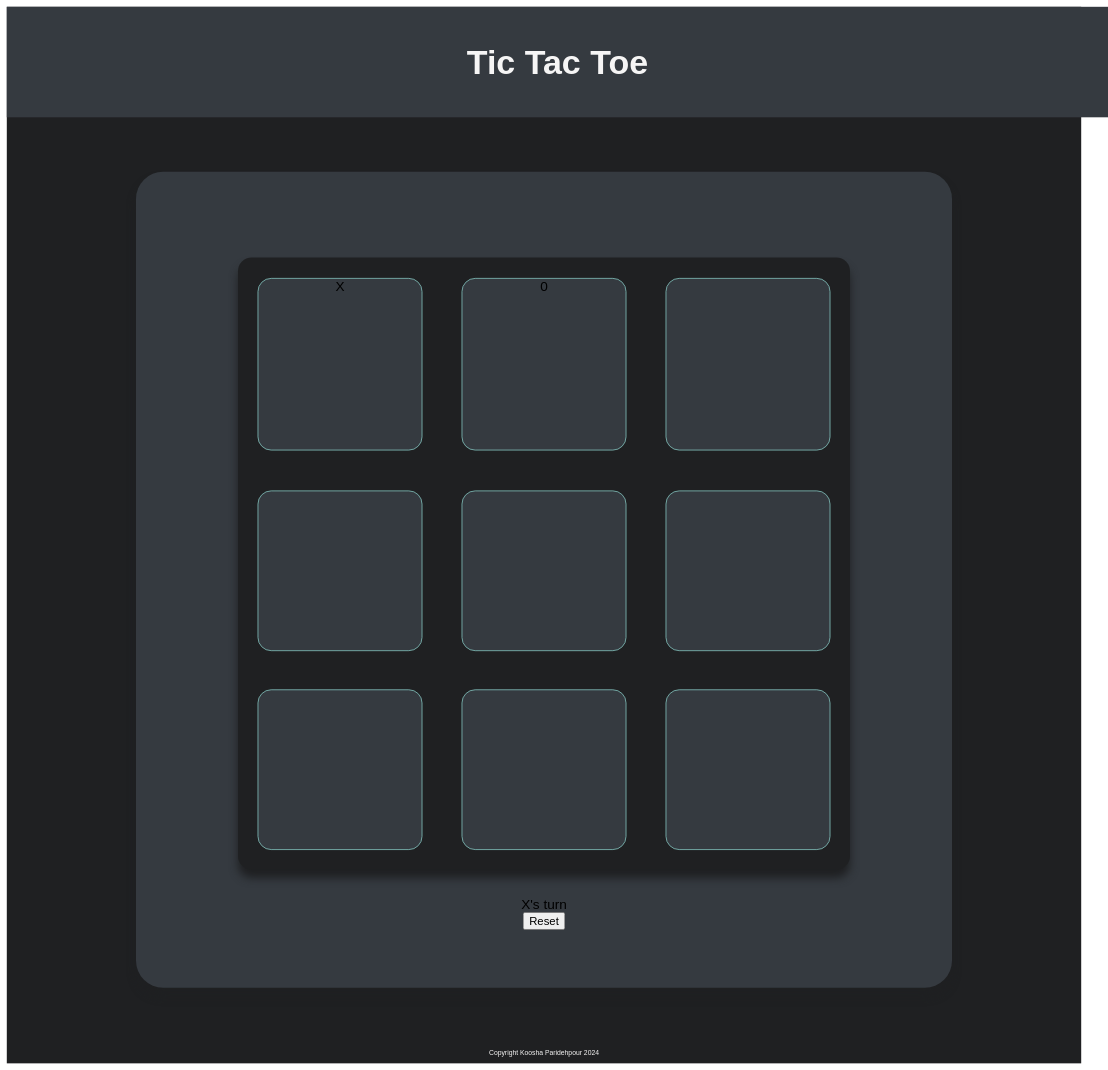
Repository: KooshaPari/odin-TTT
Page: index.html
These files come from the project's save history. The page is drawn as it stood at one moment and after the next save; the edit follows.
The browser window is 1280 px wide. The page is 1304 px wide, so the pictures cover 1304 px, including what lies to the right of the window. The pictures show the whole page, at 85% of full size.

Above is the page before, as saved 2024-03-14 22:56:57.

### index.html
<!doctype html>
<html lang="en">
  <head>
    <meta charset="UTF-8" />

    <link rel="stylesheet" href="./style.css" />
    <meta name="viewport" content="width=device-width, initial-scale=1.0" />
    <title>Document</title>
  </head>
  <body>
    <div id="parent">
      <div id="header">
        <h1>Tic Tac Toe</h1>
      </div>
      <div id="body">
        <div id="game">
          <div id="board">
            <div class="square" id="0">X</div>
            <div class="square" id="1">0</div>
            <div class="square" id="2"></div>
            <div class="square" id="3"></div>
            <div class="square" id="4"></div>
            <div class="square" id="5"></div>
            <div class="square" id="6"></div>
            <div class="square" id="7"></div>
            <div class="square" id="8"></div>
          </div>
          <div id="status">X's turn</div>
          <button id="reset">Reset</button>
        </div>
      </div>
      <div id="footer">
        <p>Copyright Koosha Paridehpour 2024</p>
      </div>
    </div>
  </body>
</html>

### style.css
* {
  font-family: sans-serif;
}
#parent {
  background-color: #1f2022;
  width: 100%;
  height: 100%;
}
#header {
  background-color: #353a40;
  padding: 1.25%;
  width: 100%;
  height: 100%;
}
#header h1 {
  color: #f6f5f5;

  font-size: 2.5em;
}
#footer p {
  color: #f6f5f5;
  font-size: 0.5em;
}

#header,
#footer,
#body {
  display: flex;
  align-items: center;
  justify-content: center;
}
#title {
  color: #f6f5f5;
}
#body {
  flex-direction: column;
}
#game {
  transition: 2.5s ease-in-out;
  display: flex;
  flex-direction: column;
  justify-content: center;
  align-items: center;
  background-color: #353a40;
  border-radius: 2em;
  margin: 5vw;
  box-shadow: 0px 10px 10px #1f2022;
  width: 75vw;
  height: 75vw;
  -webkit-border-radius: 2em;
  -moz-border-radius: 2em;
  -ms-border-radius: 2em;
  -o-border-radius: 2em;
  -webkit-transition: 2.5s ease-in-out;
  -moz-transition: 2.5s ease-in-out;
  -ms-transition: 2.5s ease-in-out;
  -o-transition: 2.5s ease-in-out;
}
#board {
  display: grid;
  grid-template-columns: 1fr 1fr 1fr;
  width: 75%;
  transition: 1s ease-in-out;
  height: 75%;
  background-color: #1f2022;
  border-radius: 1em;
  margin: 2em;

  align-items: center;
  justify-content: center;
  box-shadow: 0px 10px 10px #1f2022;
  -webkit-border-radius: 1em;
  -moz-border-radius: 1em;
  -ms-border-radius: 1em;
  -o-border-radius: 1em;
  -webkit-transition: 1s ease-in-out;
  -moz-transition: 1s ease-in-out;
  -ms-transition: 1s ease-in-out;
  -o-transition: 1s ease-in-out;
}
#board:hover {
  transform: scale(1.025) translate(0, -1em);
  transition: 0.5s ease-in-out;
  -webkit-transform: scale(1.025) translate(0, -1em);
  -moz-transform: scale(1.025) translate(0, -1em);
  -ms-transform: scale(1.025) translate(0, -1em);
  -o-transform: scale(1.025) translate(0, -1em);
  -webkit-transition: 0.5s ease-in-out;
  -moz-transition: 0.5s ease-in-out;
  -ms-transition: 0.5s ease-in-out;
  -o-transition: 0.5s ease-in-out;
}
#game:hover {
  transform: scale(1.05) translate(0, -0.5em);
  transition: 10s ease-in-out;
  -webkit-transform: scale(1.05) translate(0, -0.5em);
  -moz-transform: scale(1.05) translate(0, -0.5em);
  -ms-transform: scale(1.05) translate(0, -0.5em);
  -o-transform: scale(1.05) translate(0, -0.5em);
  -webkit-transition: 10s ease-in-out;
  -moz-transition: 10s ease-in-out;
  -ms-transition: 10s ease-in-out;
  -o-transition: 10s ease-in-out;
}
.square {
  justify-self: center;
  border: 0.1px solid #7ebab5;
  width: 80%;
  border-radius: 1em;
  height: 80%;
  background-color: #353a40;
  text-align: center;
}
.square p {
}

After the next save:
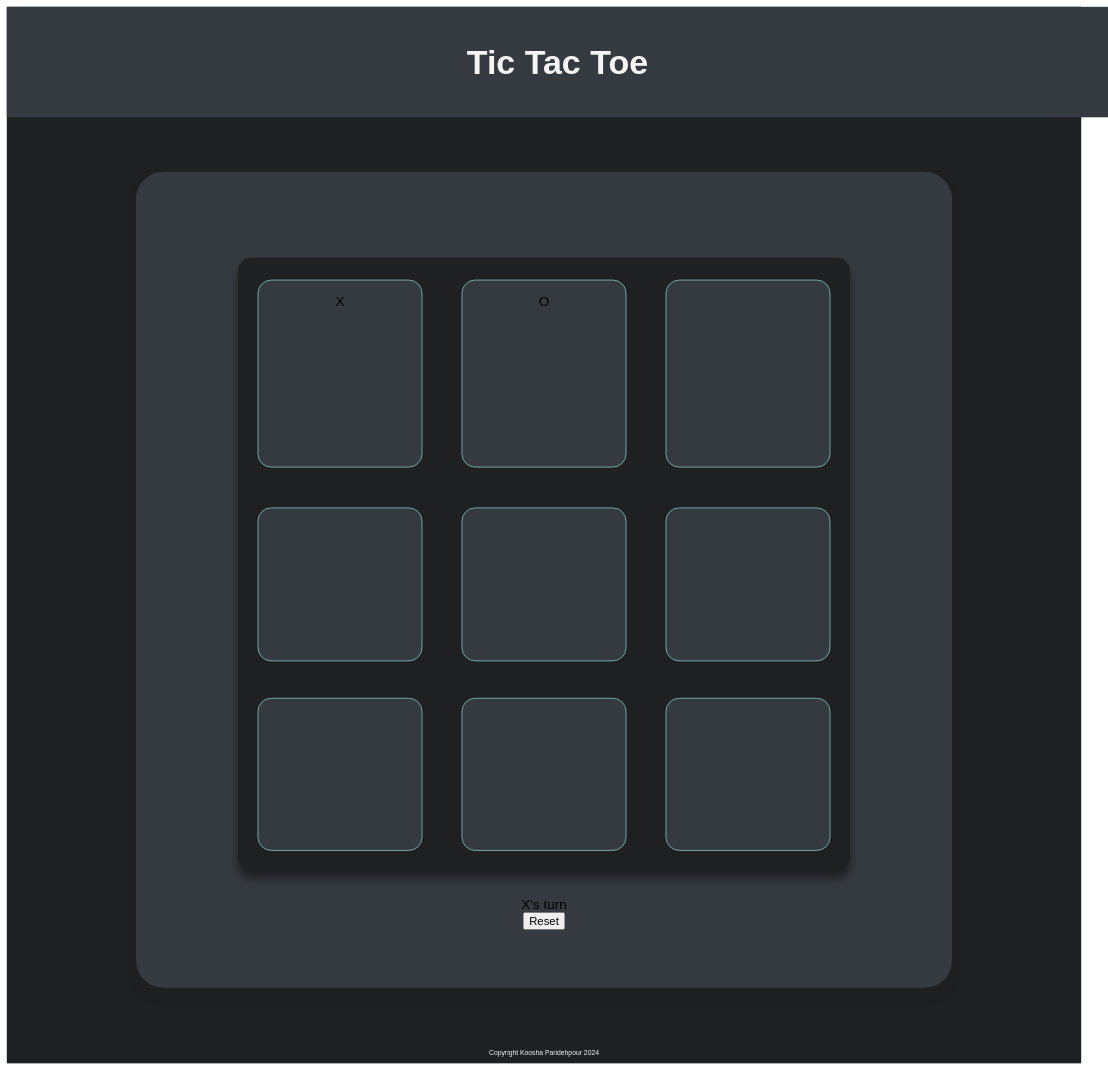
Saved 15 s later.
--- a/index.html
+++ b/index.html
@@ -15,8 +15,8 @@
       <div id="body">
         <div id="game">
           <div id="board">
-            <div class="square" id="0">X</div>
-            <div class="square" id="1">0</div>
+            <div class="square" id="0"><p>X</p></div>
+            <div class="square" id="1"><p>O</p></div>
             <div class="square" id="2"></div>
             <div class="square" id="3"></div>
             <div class="square" id="4"></div>
